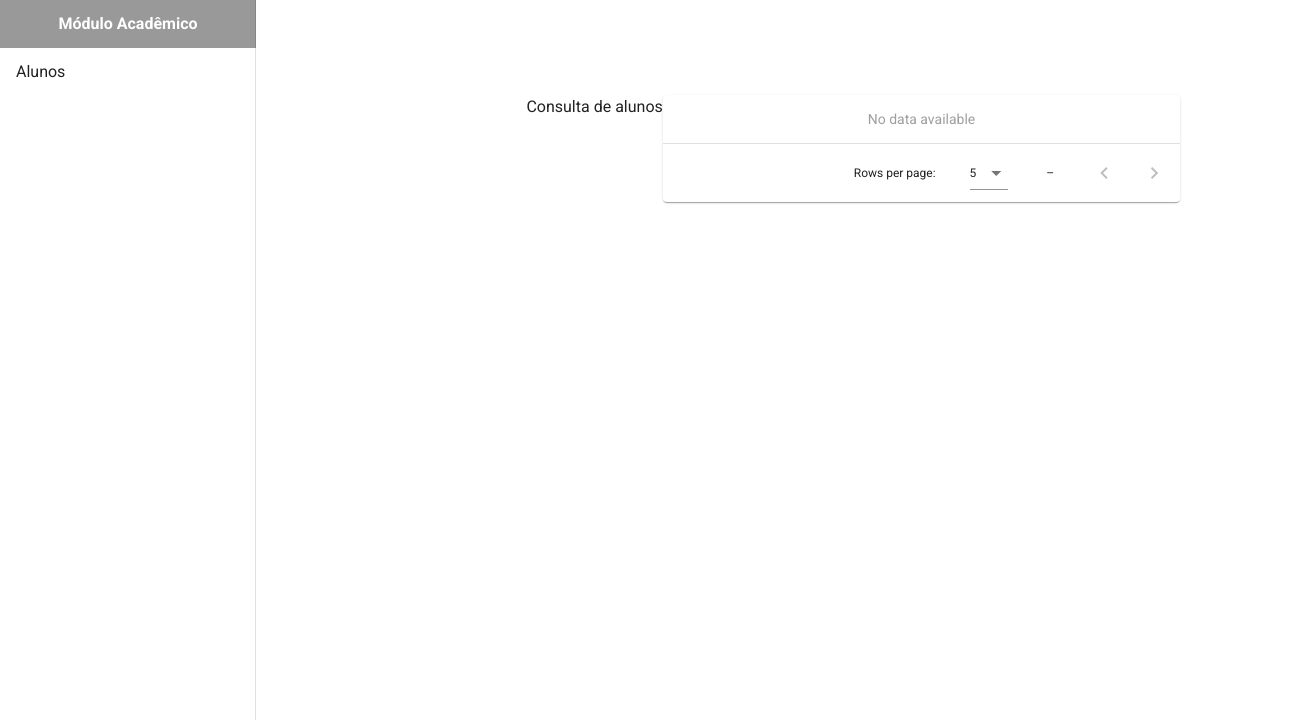
Repository: sergiohidekiono/vue-student
Page: /
The author's editor kept a copy of each file at every save. The page is drawn from the files as they stood at one save, then again after the next save.
The browser window is 1280 px wide. The page is 1280 px wide, then 1292 px, so the pictures cover 1292 px, including what lies to the right of the window. The pictures show the whole page.
The project was rebuilt for these pictures with package versions that can differ from the ones it lists, and the page was loaded fresh each time. Also part of the build but not shown: vue.config.js.

Above is the page before, as saved 2024-08-07 09:52:48.

After the next save:
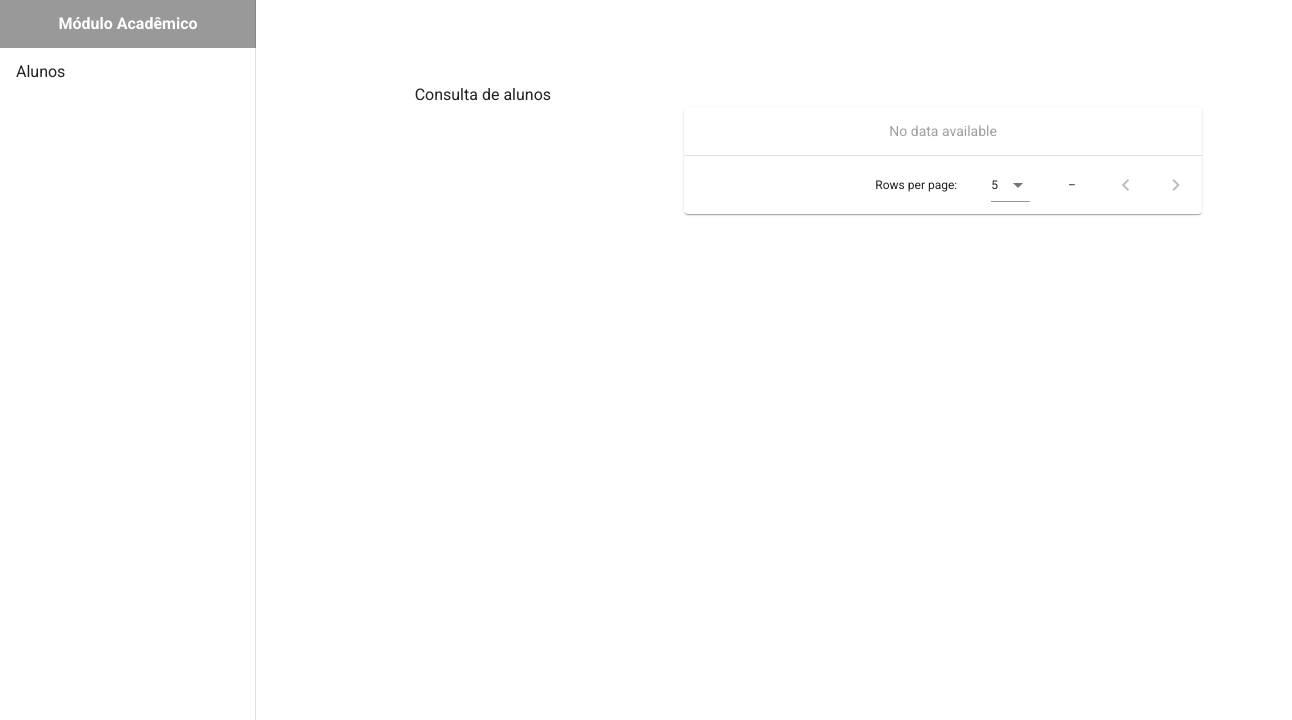
Saved 101 s later.
--- a/src/components/student-list.vue
+++ b/src/components/student-list.vue
@@ -26,11 +26,18 @@
             </v-col>
             <v-col cols="10">
                 <v-row cols="12" justify="center">
-                    <span>Consulta de alunos</span>
-                    <template>
-                        <v-data-table :headers="headers" :items="desserts" :items-per-page="5"
-                            class="elevation-1"></v-data-table>
-                    </template>
+                    <v-row>
+                        <span>Consulta de alunos</span>
+                    </v-row>
+                    <v-row>
+                        <v-input></v-input>
+                    </v-row>
+                    <v-row>
+                        <template>
+                            <v-data-table :headers="headers" :items="desserts" :items-per-page="5"
+                                class="elevation-1"></v-data-table>
+                        </template>
+                    </v-row>
                 </v-row>
             </v-col>
         </v-row>
